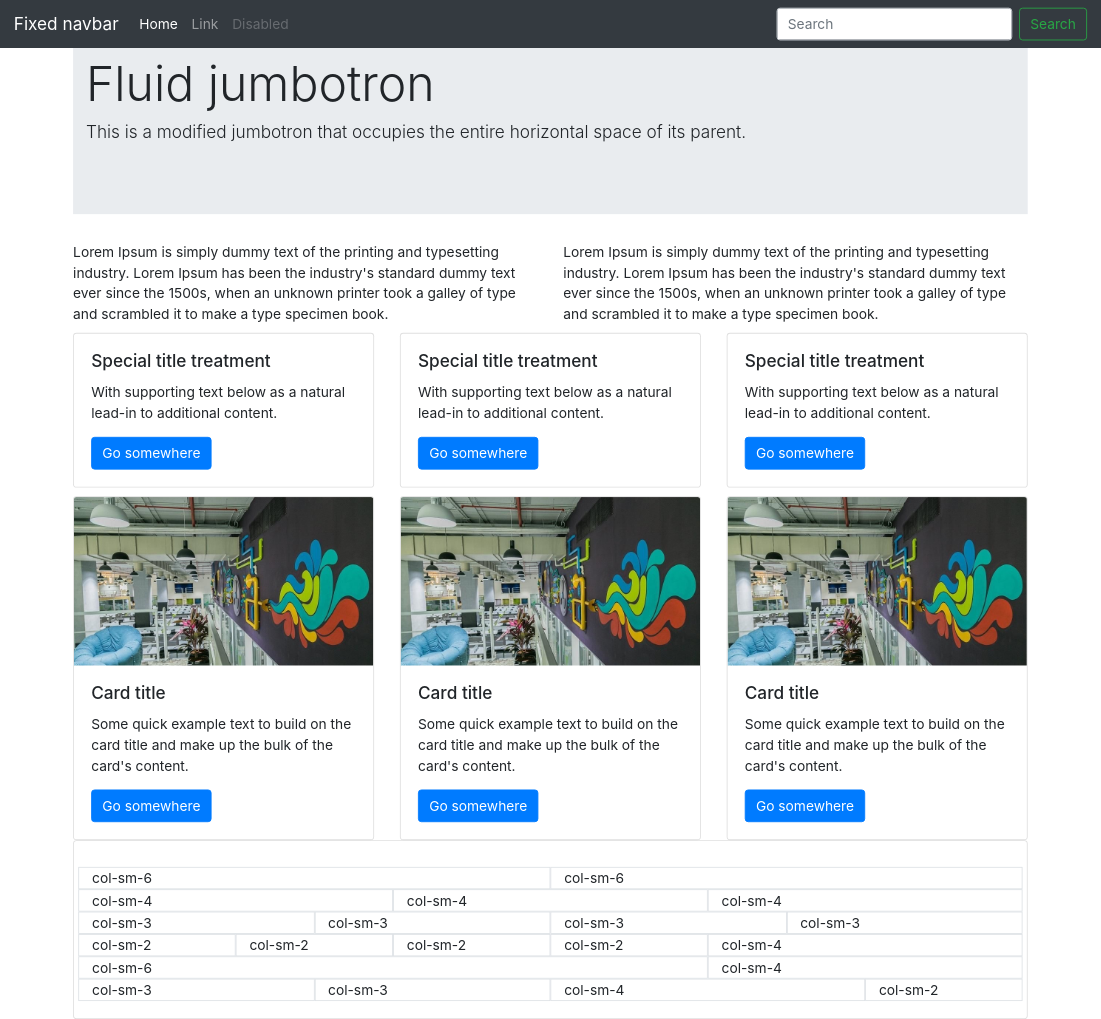
Repository: Green-Technologies-Angular/HTML
Page: index.html
The author's editor kept a copy of each file at every save. The page is drawn from the files as they stood at one save, then again after the next save.
The browser window is 1280 px wide. The pictures show the whole page, at 86% of full size.

Above is the page before, as saved 2019-02-01 09:42:30.

After the next save:
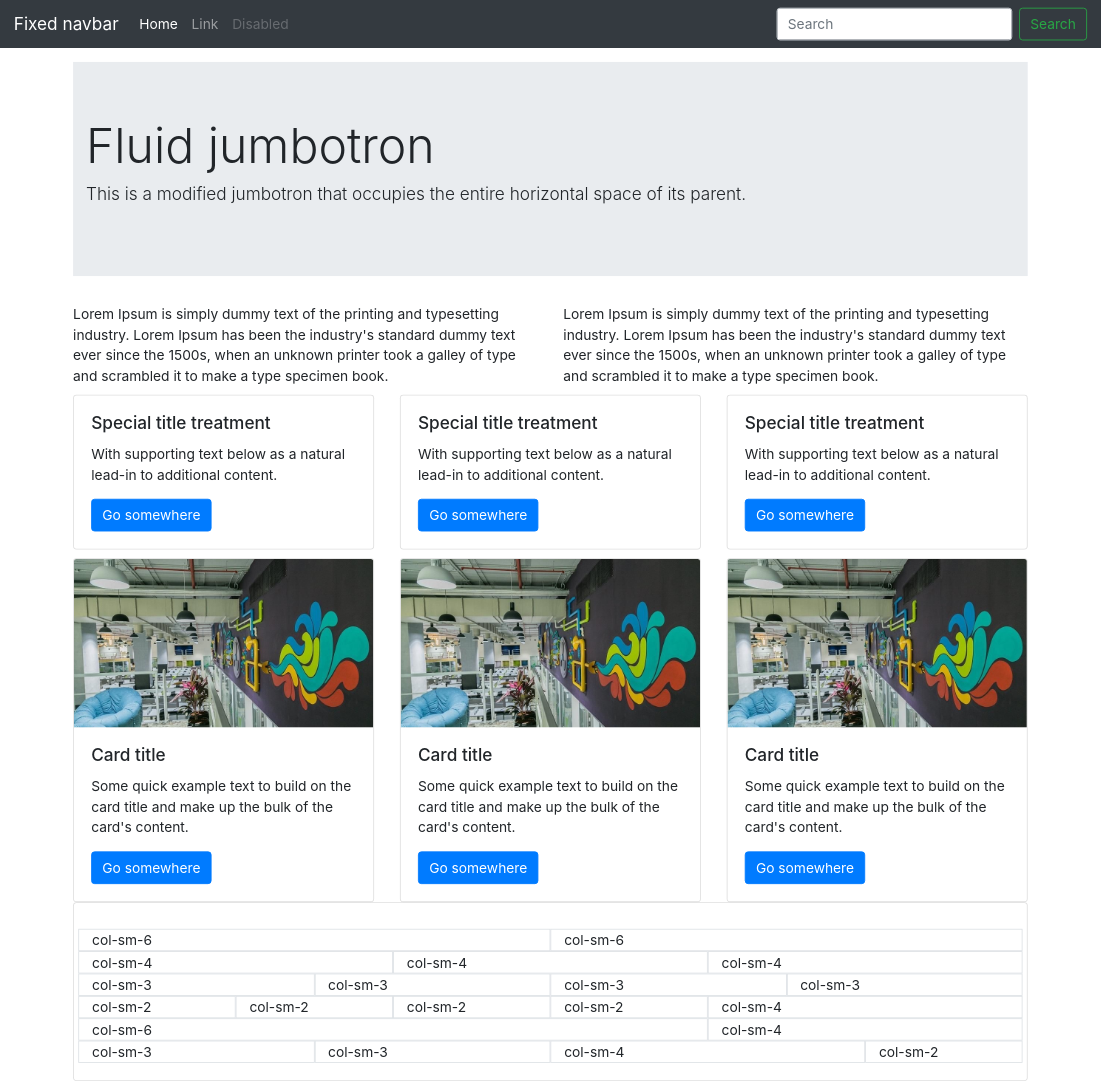
Saved 2 min 16 s later.
--- a/index.html
+++ b/index.html
@@ -6,6 +6,10 @@
     <link rel="stylesheet" href="css/bootstrap.css">
     <link rel="stylesheet" href="css/index.css">
     <style>
+        body {
+            min-height: 75rem;
+            padding-top: 4.5rem;
+        }
         .border {
             border: 1px solid #ccc;
         }
